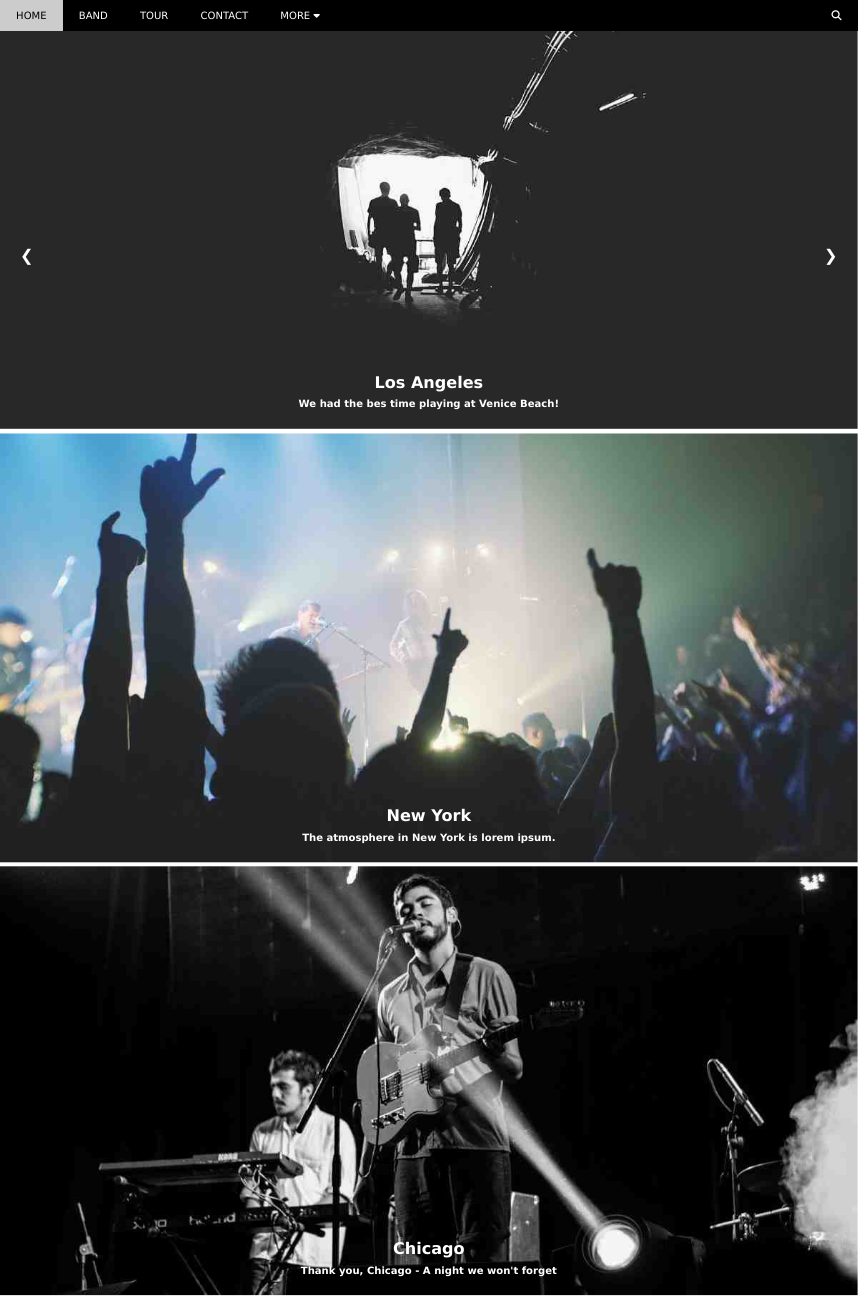
Repository: tam1512/The-Band
Page: index.html
These files come from the project's save history. The page is drawn as it stood at one moment and after the next save; the edit follows.
The browser window is 1280 px wide. The pictures show the whole page, at 67% of full size.
Some web libraries are served in a nearby version.

Above is the page before, as saved 2022-07-22 16:09:47.

### index.html
<!DOCTYPE html>
<html lang="en">
  <head>
    <meta charset="UTF-8" />
    <meta http-equiv="X-UA-Compatible" content="IE=edge" />
    <meta name="viewport" content="width=device-width, initial-scale=1.0" />
    <link
      rel="stylesheet"
      href="https://cdnjs.cloudflare.com/ajax/libs/font-awesome/6.1.1/css/all.min.css"
      integrity="sha512-KfkfwYDsLkIlwQp6LFnl8zNdLGxu9YAA1QvwINks4PhcElQSvqcyVLLD9aMhXd13uQjoXtEKNosOWaZqXgel0g=="
      crossorigin="anonymous"
      referrerpolicy="no-referrer"
    />
    <link rel="stylesheet" href="./assets/css/style.css" />
    <title>The Band</title>
  </head>
  <body>
    <div class="container">
      <div class="header" id="home">
        <ul id="nav">
          <li><a href="#home">HOME</a></li>
          <li><a href="#band">BAND</a></li>
          <li><a href="#tour">TOUR</a></li>
          <li><a href="#contact">CONTACT</a></li>
          <li class="dropdown">
            <a href="javascript:void(0)" class="dropbtn">
              MORE
              <i class="fa-solid fa-caret-down"></i>
            </a>
            <div class="dropdown-content">
              <a href="#">Merchandise</a>
              <a href="#">Extras</a>
              <a href="#">Media</a>
            </div>
          </li>
        </ul>
        <div id="search">
          <i class="fa-solid fa-magnifying-glass color-white"></i>
        </div>
      </div>
      <!-- Slideshow container -->
      <div class="slideshow-container">
        <!-- Full-width image with caption text -->
        <div class="mySlides fade">
          <img src="assets/img/la.jpg" alt="Los Angeles" />
          <div class="text padding-32-16 color-white">
            <h3 class="fz-24 margin-10">Los Angeles</h3>
            <p>
              <b>We had the bes time playing at Venice Beach!</b>
            </p>
          </div>
        </div>

        <div class="mySlides fade">
          <img src="assets/img/ny.jpg" alt="New York" />
          <div class="text padding-32-16 color-white">
            <h3 class="fz-24 margin-10">New York</h3>
            <p>
              <b>The atmosphere in New York is lorem ipsum.</b>
            </p>
          </div>
        </div>

        <div class="mySlides fade">
          <img src="assets/img/chicago.jpg" alt="Chicago" />
          <div class="text padding-32-16 color-white">
            <h3 class="fz-24 margin-10">Chicago</h3>
            <p>
              <b>Thank you, Chicago - A night we won't forget</b>
            </p>
          </div>
        </div>

        <!-- Next and previous buttons -->
        <a class="prev" onclick="plusSlides(-1)">&#10094</a>
        <a class="next" onclick="plusSlides(1)">&#10095</a>
      </div>
      <br>

      <!-- The dots/circles -->
      <div class="dots">
        <span class="dot" onclick="currentSlide(1)"></span>
        <span class="dot" onclick="currentSlide(2)"></span>
        <span class="dot" onclick="currentSlide(3)"></span>
      </div>
    </div>
  </body>
</html>

### assets/css/style.css
:root {
}

* {
  padding: 0;
  margin: 0;
  box-sizing: border-box;
}

body {
  font-family: Verdana, sans-serif;
  font-size: 15px;
  line-height: 22.5px;
}

.fz-24 {
  font-size: 24px;
}

.fz-30 {
  font-size: 30px;
}

.color-white {
  color: white;
}

.padding-64-16 {
  padding: 64px 16px !important;
}

.padding-32-16 {
  padding: 32px 16px !important;
}

.margin-0-24 {
  margin: 0 24px !important;
}

.margin-10 {
  margin: 10px 0 !important;
}

.header {
  position: fixed;
  top: 0;
  right: 0;
  left: 0;
  z-index: 2;
}

#nav {
  list-style-type: none;
  background-color: #000;
  overflow: hidden;
}

#nav > li {
  float: left;
}

#nav > li > a,
.dropbtn {
  display: inline-block;
  padding: 12px 24px;
  text-align: center;
  color: #fff;
  text-decoration: none;
}

#nav > li > a:hover,
.dropdown:hover,
.dropbtn:hover,
.dropdown-content a:hover {
  background-color: #ccc;
  color: black;
}

li.dropdown {
  display: inline-block;
  /* position: relative; */
}

.dropdown-content {
  display: none;
  position: absolute;
  min-width: 160px;
  background-color: #fff;
  box-shadow: 0px 8px 16px 0px rgba(0, 0, 0, 0.2);
  z-index: 1;
}

.dropdown-content a {
  color: #000 !important;
  text-align: left;
  padding: 8px 16px;
  display: block;
  text-decoration: none;
}

.dropdown:hover .dropdown-content {
  display: block;
}

#search {
  position: absolute;
  top: 0;
  right: 0;
  padding: 12px 24px;
}

#search:hover {
  background-color: #f44336;
}

/* Slider */
/* Slideshow container */
.slideshow-container {
  max-width: 100%;
  height: 674px;
  position: relative;
  margin: auto;
}

/* Hide the images by default */
.mySlides {
  display: block;
}

.mySlides img {
  width: 100%;
  height: 100%;
}

/* Next & previous buttons */
.prev,
.next {
  cursor: pointer;
  position: absolute;
  top: 50%;
  /* width: auto; */
  /* margin-top: -22px; */
  margin: 10px;
  padding: 24px 20px;
  color: #fff;
  font-weight: bold;
  font-size: 24px;
  transition: 0.6s ease;
  border-radius: 5px 5px 5px 5px;
  user-select: none;
}

/* Position the "next button" to the right */
.next {
  right: 0;
  border-radius: 5px 5px 5px 5px;
}

/* On hover, add a black backgroound color with a little bit see-through */
.prev:hover,
.next:hover {
  background-color: rgba(0, 0, 0, 0.8);
}

/* Caption text */
.text {
  position: absolute;
  left: 50%;
  transform: translate(-50%, -100%);
  text-align: center;
}

.text-shadow {
  background-image: linear-gradient(
    transparent 0%,
    transparent calc(50% - 4px),
    rgb(204, 242, 241) calc(50% - 4px),
    rgb(204, 242, 241) 100%
  );
  transition: background-position 120ms ease-in-out 0s,
    padding 120ms ease-in-out 0s;
  background-size: 100% 200%;
  background-position: initial;
  background-color: initial;
  user-select: auto;
}

After the next save:
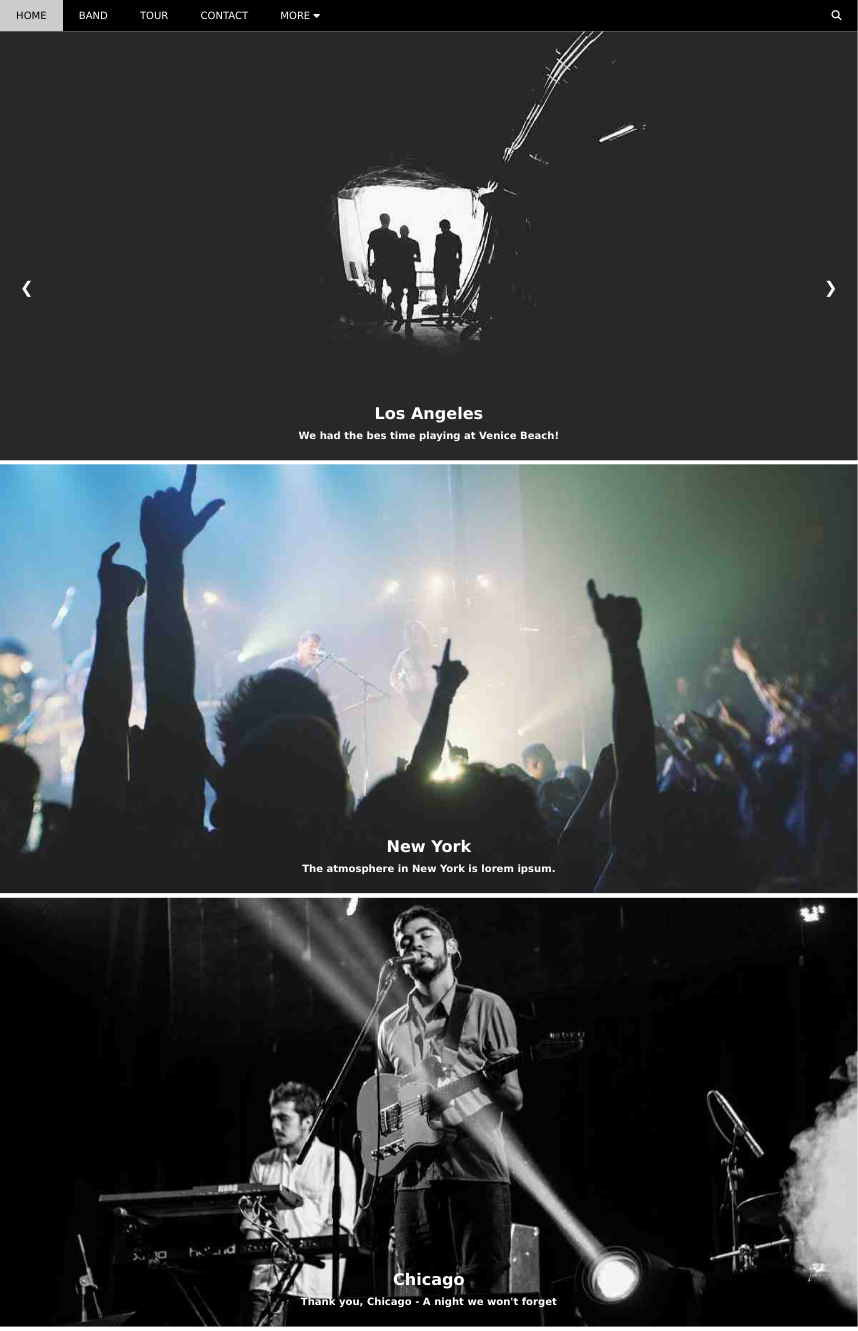
Saved 22 s later.
--- a/assets/css/style.css
+++ b/assets/css/style.css
@@ -40,6 +40,8 @@
 .margin-10 {
   margin: 10px 0 !important;
 }
+
+background-image: linear-gradient(transparent 0%, transparent calc(50% - 4px), rgb(204, 242, 241) calc(50% - 4px), rgb(204, 242, 241) 100%); transition: background-position 120ms ease-in-out 0s, padding 120ms ease-in-out 0s; background-size: 100% 200%; background-position: initial; background-color: initial; user-select: auto;
 
 .header {
   position: fixed;
@@ -170,17 +172,4 @@
   text-align: center;
 }
 
-.text-shadow {
-  background-image: linear-gradient(
-    transparent 0%,
-    transparent calc(50% - 4px),
-    rgb(204, 242, 241) calc(50% - 4px),
-    rgb(204, 242, 241) 100%
-  );
-  transition: background-position 120ms ease-in-out 0s,
-    padding 120ms ease-in-out 0s;
-  background-size: 100% 200%;
-  background-position: initial;
-  background-color: initial;
-  user-select: auto;
-}
+x

After the save that followed:
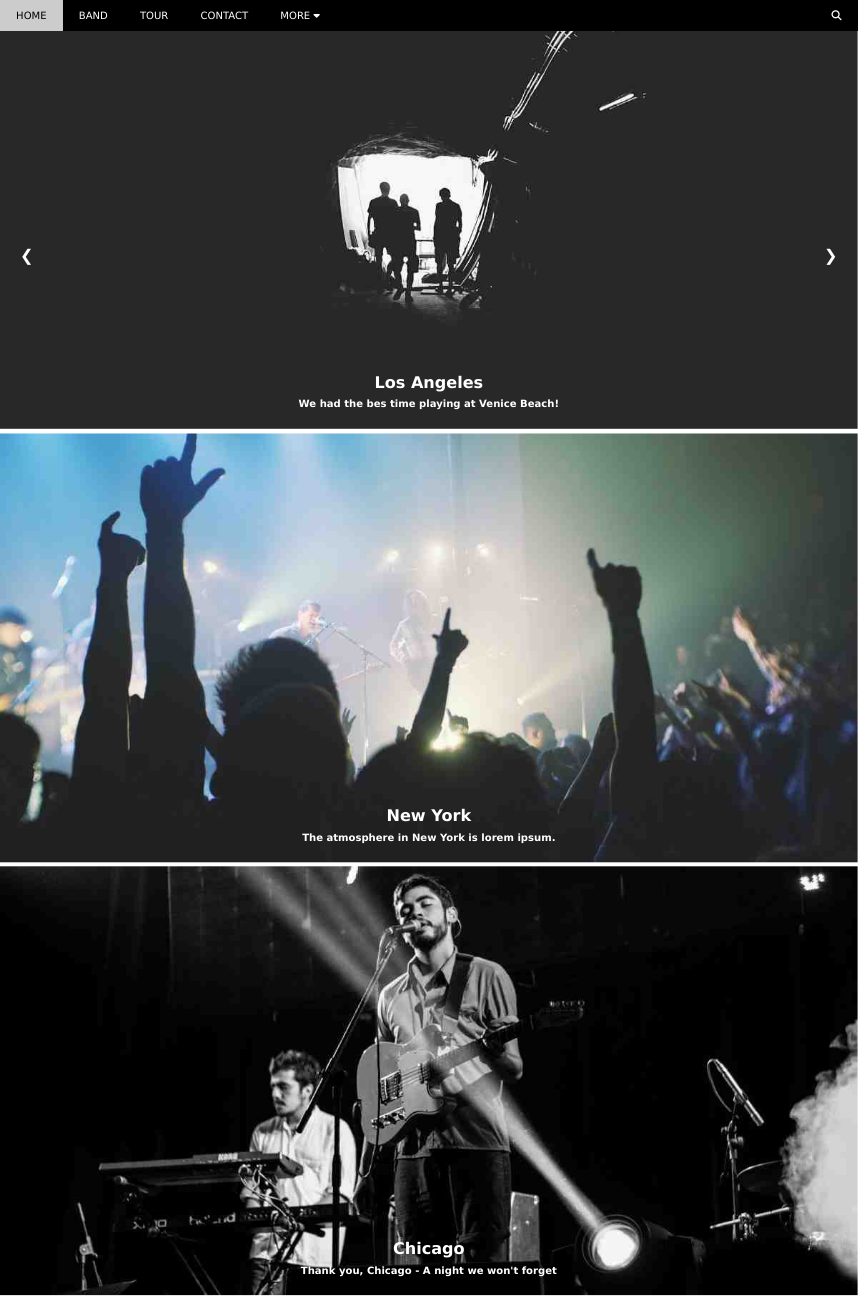
Saved 23 s later.
--- a/assets/css/style.css
+++ b/assets/css/style.css
@@ -41,7 +41,20 @@
   margin: 10px 0 !important;
 }
 
-background-image: linear-gradient(transparent 0%, transparent calc(50% - 4px), rgb(204, 242, 241) calc(50% - 4px), rgb(204, 242, 241) 100%); transition: background-position 120ms ease-in-out 0s, padding 120ms ease-in-out 0s; background-size: 100% 200%; background-position: initial; background-color: initial; user-select: auto;
+.text-shadow {
+  background-image: linear-gradient(
+    transparent 0%,
+    transparent calc(50% - 4px),
+    rgb(204, 242, 241) calc(50% - 4px),
+    rgb(204, 242, 241) 100%
+  );
+  transition: background-position 120ms ease-in-out 0s,
+    padding 120ms ease-in-out 0s;
+  background-size: 100% 200%;
+  background-position: initial;
+  background-color: initial;
+  user-select: auto;
+}
 
 .header {
   position: fixed;
@@ -171,5 +184,3 @@
   transform: translate(-50%, -100%);
   text-align: center;
 }
-
-x
